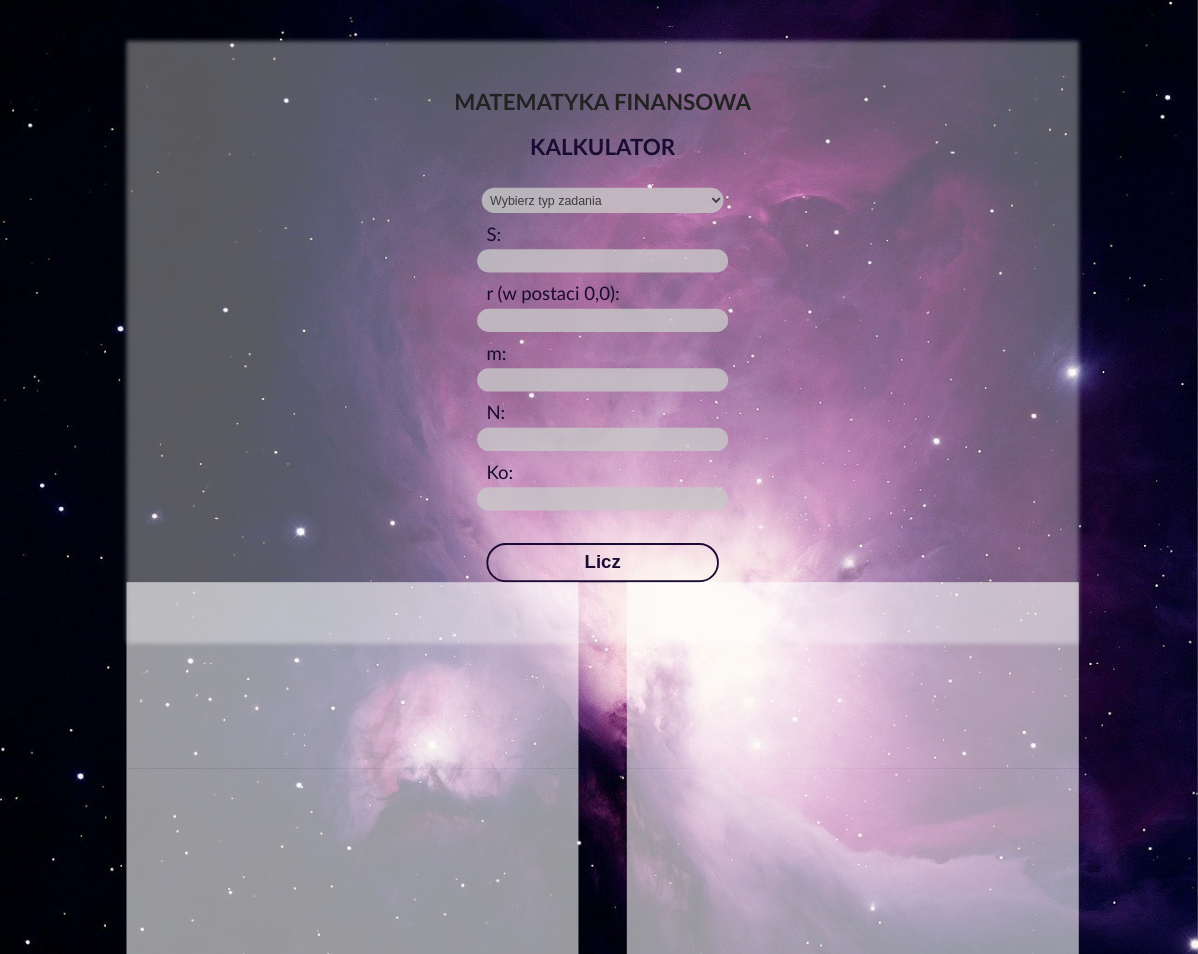
Repository: ravkita/MFCalc
Page: index.html
The author's editor kept a copy of each file at every save. The page is drawn from the files as they stood at one save, then again after the next save.
The browser window is 1280 px wide. The page is 1288 px wide, so the pictures cover 1288 px, including what lies to the right of the window. The pictures show the whole page, at 93% of full size.

Above is the page before, as saved 2021-04-12 20:12:23.

### index.html
<!DOCTYPE html>
<html lang="en">
<head>
    <meta charset="UTF-8">
    <meta http-equiv="X-UA-Compatible" content="IE=edge">
    <meta name="viewport" content="width=device-width, initial-scale=1.0">
    <title>Kalkulator</title>

    <style type="text/css">
        body{
            font-family: 'Gill Sans', 'Gill Sans MT', Calibri, 'Trebuchet MS', sans-serif;
            background-image: url('bg.jpg');
            width: 100vw;
            height: 100vh;
            overflow: hidden;
            display: flex;
            justify-content: center;
            align-items: center;
        }
        .popout{
            width: 80%;
            height: 90vh;
            position: relative;
        }
        .popout .bg{
            width: 100%;
            height: 100%;
            background: rgba(255, 255, 255, 0.35);
            filter: blur(2.55px);
            position: absolute;
            top: 0;
            left: 0;
            z-index: -1;
        }
        .header{
            width: 100%;
            display: flex;
            flex-direction: column;
            justify-content: center;
            align-items: center;
        }
        .title{
            color: #222;
            margin-top: 50px;
            margin-bottom: 10px;
        }
        .subtitle{
            margin-top: 10px;
            color: #1A0B34;
        }

        #form{
            display: flex;
            flex-direction: column;
            justify-content: center;
            align-items: center;
        }
        .formItem{
            display: flex;
            justify-content: flex-start;
            align-items: flex-start;
            flex-direction: column;
            margin-top: 10px;
        }
        select, input[type="number"]{
            width: calc(100vh/2 - 100px);
            outline: 0;
            border: 0;
            background: rgba(201, 201, 201, 0.8);
            border-radius: 20px;
            padding: 5px;
            color: #3d3d3d;
        }
        select:focus, input[type="number"]:focus{
            box-shadow: 0 4px 10px rgba(201, 201, 201, 0.35);
        }
        label{
            padding-left: 10px;
            padding-bottom: 5px;
            color: #1A0B34;
            font-size: 20px;
        }
        input[type="button"]{
            margin-top: 35px;
            background: transparent;
            width: 250px;
            border: solid 2px #1A0B34;
            color: #1A0B34;
            border-radius: 30px;
            font-size: 20px;;
            padding: 7.5px 0;
            font-weight: 600;
            outline: none;
            transition: all .3s ease-in;
        }
        input[type="button"]:hover{
            background: #1A0B34;
            color: #fff;
            cursor: pointer;
        }
        .result{
            width: 100%;
            display: flex;
            justify-content: space-between;
            align-items: center;
            flex-flow: row wrap;
        }
        .cell{
            width: 47.5%;
            min-height: 200px;
            background: rgba(255, 255, 255, 0.6);
        }
    </style>
</head>
<body>
    <section class="popout">
        <div class="bg"></div>
        <header class="header">
            <h1 class="title">MATEMATYKA FINANSOWA</h1>
        <h2 class="subtitle">KALKULATOR</h2>
        </header>
        <form action="" id="form">
            <div class="formItem">
                <select name="type" id="typ">
                <option default>Wybierz typ zadania</option>
                <option value="1">zmienna rata</option>
                <option value="2">zmienne płatności</option>
                <option value="3">narastanie kapitału</option>
            </select>
            </div>
            <div class="formItem"><label for="S">S:</label> <input type="number" name="S" class="s"></div>
            <div class="formItem"><label for="r">r (w postaci 0,0):</label> <input type="number" name="r" class="r"></div>
            <div class="formItem"><label for="m">m:</label> <input type="number" name="m" class="m"></div>
            <div class="formItem"><label for="N">N:</label> <input type="number" name="N" class="N"></div>
            <div class="formItem"><label for="Ko">Ko:</label> <input type="number" name="Ko" class="Ko"></div>
            <input type="button" name="confirm" id="confirm" value="Licz">
        </form>
        <div class="result">
            <div class="cell cell-1"></div>
            <div class="cell cell-2"></div>
            <div class="cell cell-3"></div>
            <div class="cell cell-4"></div>
        </div>
    </section>
    <script type="text/javascript">
        let s;
        let r;
        let m;
        let N;
        let q;
        let a;
        let Ko;
        let Sn = [];

        // RATY


        function rataStała(){
            const el = document.createElement("p");
            let t = s/(m*N);
            el.innerText = `T: ${t}`;
            document.querySelector('.cell-1').appendChild(el);
        }
        function rataZmienna(){
            let tn = [];
            let sumaTn = 0;
                for(let i = 1; i<=N*m; i++){
                    const el = document.createElement("p");
                    tn[i-1] = s*((Math.pow(q, i) - Math.pow(q, i-1))/(Math.pow(q, m*N) - 1));
                    sumaTn += tn[i-1];
                    el.innerText = `T${i}: ${tn[i-1]}`;
                    document.querySelector('.cell-1').appendChild(el);
                }
                const suma = document.createElement("p");
            suma.innerText = `Suma rat: ${sumaTn}`;
            document.querySelector('.cell-1').appendChild(suma);
        }

        //KWOTA PŁATNOŚCI

        function kwotaPlatnosciStala(){
            const el = document.createElement("p");
            a = s*Math.pow(q, m*N)*((q-1)/(Math.pow(q, m*N)-1));
            el.innerText = `A: ${a}`;
            document.querySelector('.cell-2').appendChild(el);
        }
        function kwotaPlatnosciZmienna(){
            for(let i = 1; i<=N*m; i++){
                const el = document.createElement("p");
                let an = (s/(N*m))*[1+((N*m)-i+1)*(r/m)];
                el.innerText = `A${i}: ${an}`;
                document.querySelector('.cell-2').appendChild(el);
            }
        }

        // ODSETKI
        function odsetkiPrzyStalejRacie(){
            let sumaOs = 0;
            for(let i = 1; i<=N*m; i++){
                const el = document.createElement("p");
                let On = s*[1-((i-1)/(N*m))]*(r/m);
                sumaOs += On;
                el.innerText = `O${i}: ${On}`;
                document.querySelector('.cell-3').appendChild(el);
            }
            const suma = document.createElement("p");
            suma.innerText = `Suma odsetek: ${sumaOs}`;
            document.querySelector('.cell-3').appendChild(suma);
        }

        function odsetkiPrzyStalejKwocie(){
            saldoPrzyStałejKwocie();
            let On
            let sumaO = 0;
            for(let i = 1; i<=N*m; i++){
                const el = document.createElement("p");
                if(i === 1){
                     On = s*(r/m);
                     sumaO += On;
                }else{
                     On = Sn[i-2]*(r/m);
                     sumaO += On;
                }

                el.innerText = `O${i}: ${On}`;
                document.querySelector('.cell-3').appendChild(el);
            }
            const suma = document.createElement("p");
            suma.innerText = `Suma odsetek: ${sumaO}`;
            document.querySelector('.cell-3').appendChild(suma);
        }


        //SALDO
        function saldoPrzyStałejKwocie(){
            kwotaPlatnosciStala();
            for(let i = 1; i<=N*m; i++){
                const el = document.createElement("p");
                Sn[i-1] = s*(Math.pow((1+(r/m)), i)) - a*((Math.pow((1+(r/m)), i)-1)/((1+(r/m))-1));
                el.innerText = `S${i}: ${Sn[i-1]}`;
                document.querySelector('.cell-4').appendChild(el);
            }
        }

        function saldoPrzyStałejRacie(){
            for(let i = 1; i<=N*m; i++){
                const el = document.createElement("p");
                let SnS = s*(1-(i/(N*m)));
                el.innerText = `S${i}: ${SnS}`;
                document.querySelector('.cell-4').appendChild(el);
            }
        }


        //NARASTANIE KAPITAŁU

        function narastanieKapitału(){
            for(let i = 1; i<=N; i++){
                const el = document.createElement("p");
                let Kn = Ko*(Math.pow((1+(r/m)), i*m));
                el.innerText = `K${i}: ${Kn}`;
                document.querySelector('.cell-1').appendChild(el);
            }
        }



        function getData(){
            document.getElementById('confirm').addEventListener('click', (e) =>{
                s = document.querySelector('.s').value;
                r = document.querySelector('.r').value;
                m = document.querySelector('.m').value;
                N = document.querySelector('.N').value;
                Ko = document.querySelector('.Ko').value;
                q = 1+(r/m);
                let type = document.querySelector('#typ').value;
                document.querySelector('.result').innerHTML="";

                switch (type){
                    case "1":
                    rataZmienna();
                    kwotaPlatnosciStala();
                    odsetkiPrzyStalejKwocie()
                    break;
                    case "2":
                    rataStała();
                    kwotaPlatnosciZmienna();
                    odsetkiPrzyStalejRacie();
                    saldoPrzyStałejRacie();
                    break;
                    case "3":
                    narastanieKapitału();
                }
            });
        }
        getData();
    </script>
</body>
</html>

After the next save:
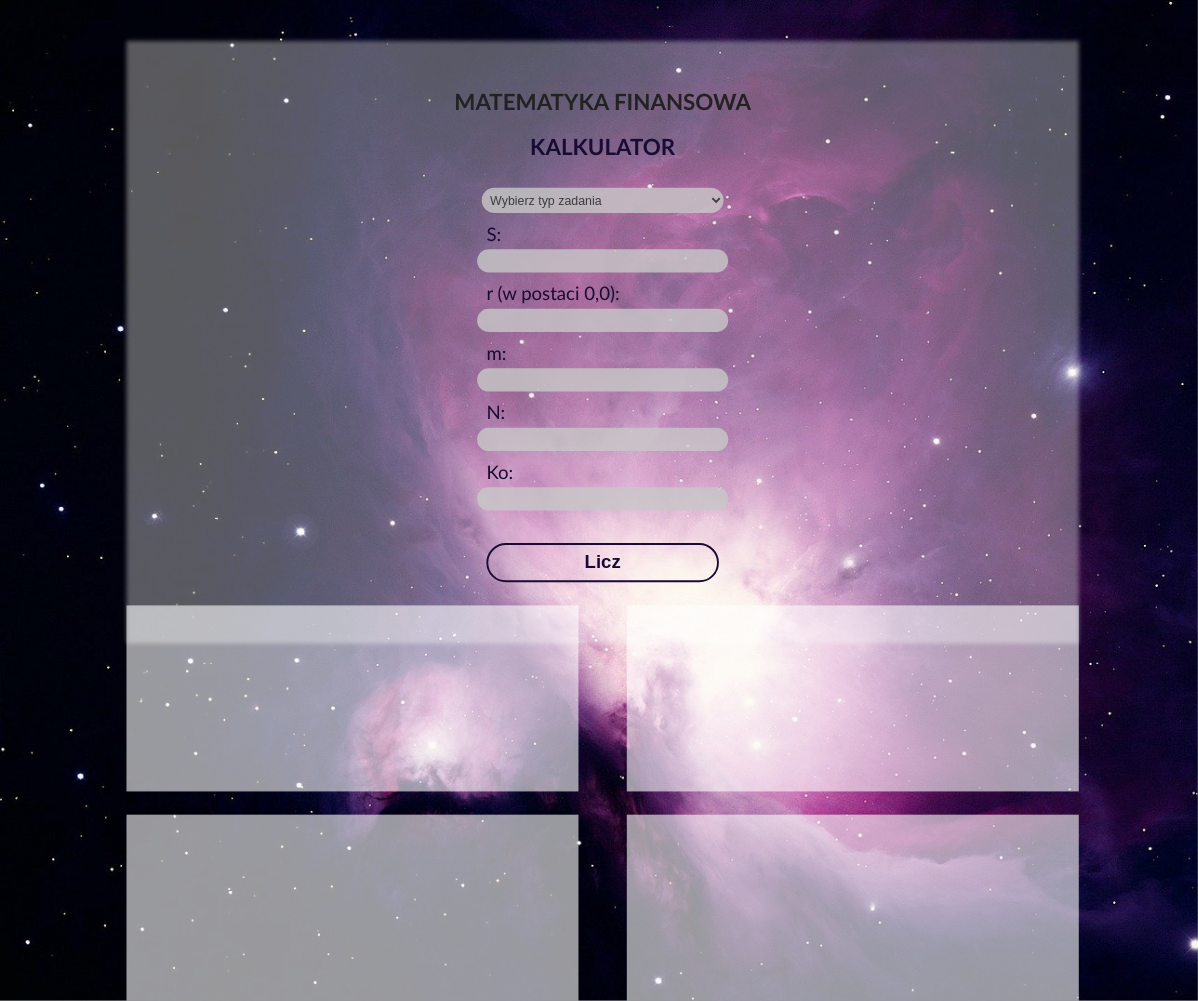
Saved 33 s later.
--- a/index.html
+++ b/index.html
@@ -109,6 +109,7 @@
             width: 47.5%;
             min-height: 200px;
             background: rgba(255, 255, 255, 0.6);
+            margin-top: 25px;
         }
     </style>
 </head>
